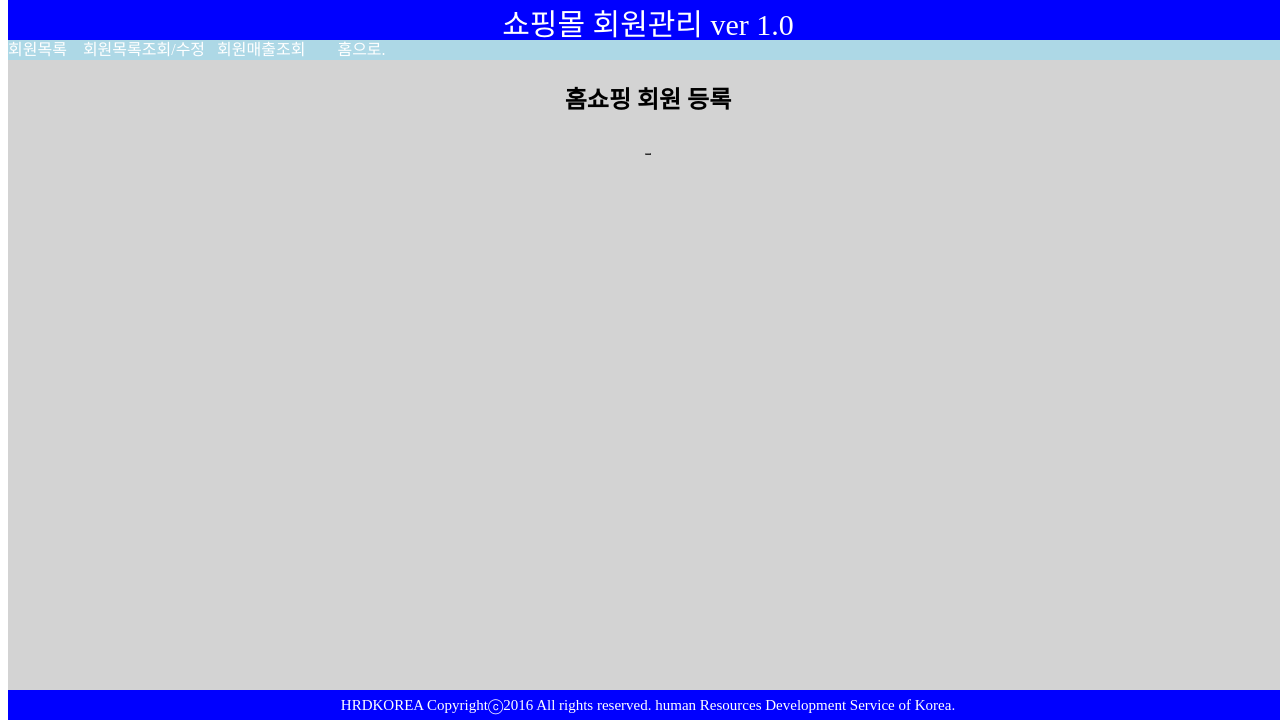
Repository: RnfElwl/youtube_infoT
Page: http://localhost/HRD_30812/join.jsp
These files come from the project's save history. The page is drawn as it stood at one moment and after the next save; the edit follows.
The browser window is 1280 px wide. The pictures show the whole page.
The page is served by Tomcat 9.

Above is the page before, as saved 2022-03-11 13:31:30.

After the next save:
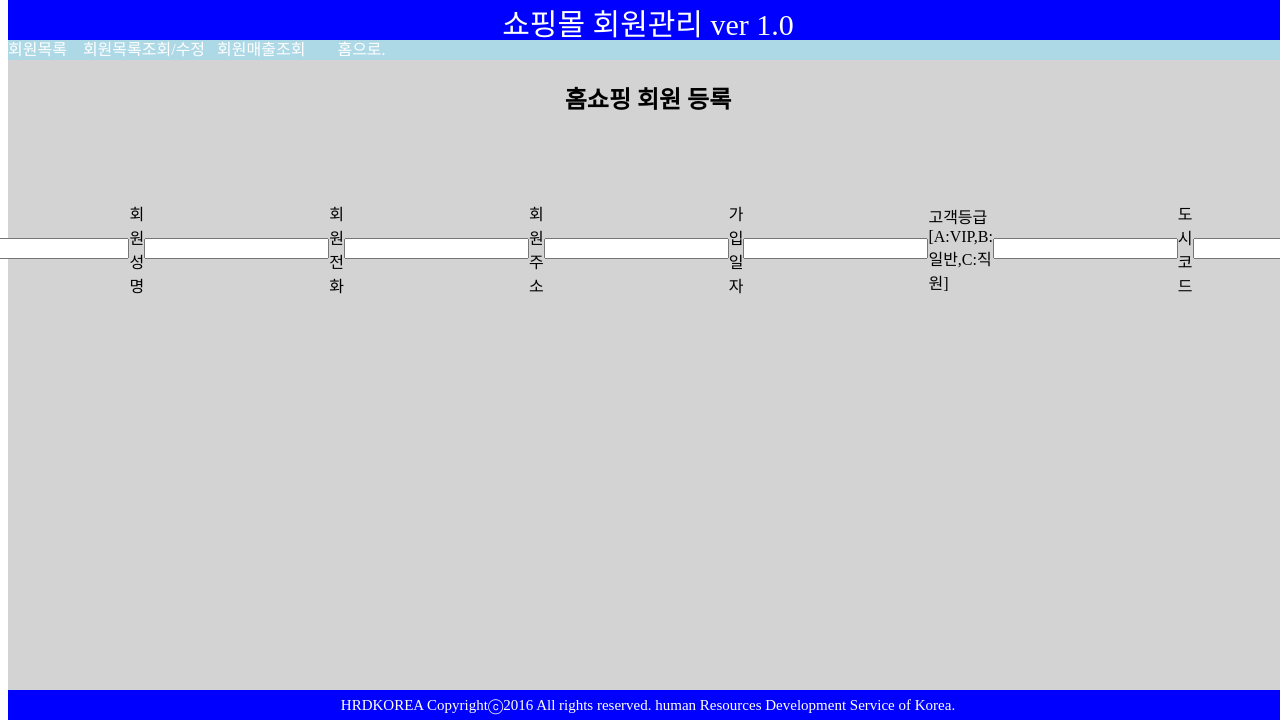
Saved 12 min 44 s later.
--- a/HRD_30812/src/main/webapp/join.jsp
+++ b/HRD_30812/src/main/webapp/join.jsp
@@ -13,6 +13,37 @@
 	 <form name="frm" style="display:flex; justify-content: center; align-items: center;">
 	 <table border="1"></table>
 	 <tr>
+	 	<td>회원번호(자동발생)</td>
+	 	<td><input type="text" name="custnum"></td>
+	 </tr>
+	 <tr>
+	 	<td>회원성명</td>
+	 	<td><input type="text" name="custname"></td>
+	 </tr>
+	 <tr>
+	 	<td>회원전화</td>
+	 	<td><input type="text" name="phone"></td>
+	 </tr>
+	 <tr>
+	 	<td>회원주소</td>
+	 	<td><input type="text" name="address"></td>
+	 </tr>
+	 <tr>
+	 	<td>가입일자</td>
+	 	<td><input type="text" name="joindate"></td>
+	 </tr>
+	 <tr>
+	 	<td>고객등급[A:VIP,B:일반,C:직원]</td>
+	 	<td><input type="text" name="grade"></td>
+	 </tr>
+	 <tr>
+	 	<td>도시코드</td>
+	 	<td><input type="text" name="city"></td>
+	 </tr>
+	 <tr>
+	 	<td></td>
+	 	<td></td>
+	 </tr>
 	 </form>
 	 </section>
 	 <jsp:include page="footer.jsp"></jsp:include>
